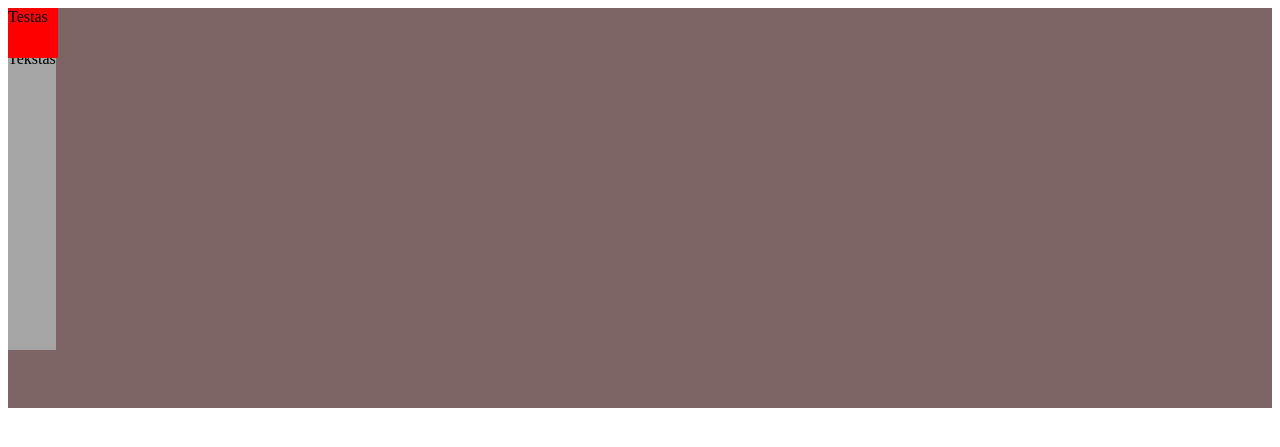
Repository: motiejus1/13-paskaita-05.31
Page: index.html
The author's editor kept a copy of each file at every save. The page is drawn from the files as they stood at one save, then again after the next save.
The browser window is 1280 px wide. The pictures show the whole page.

Above is the page before, as saved 2021-06-21 19:30:21.

After the next save:
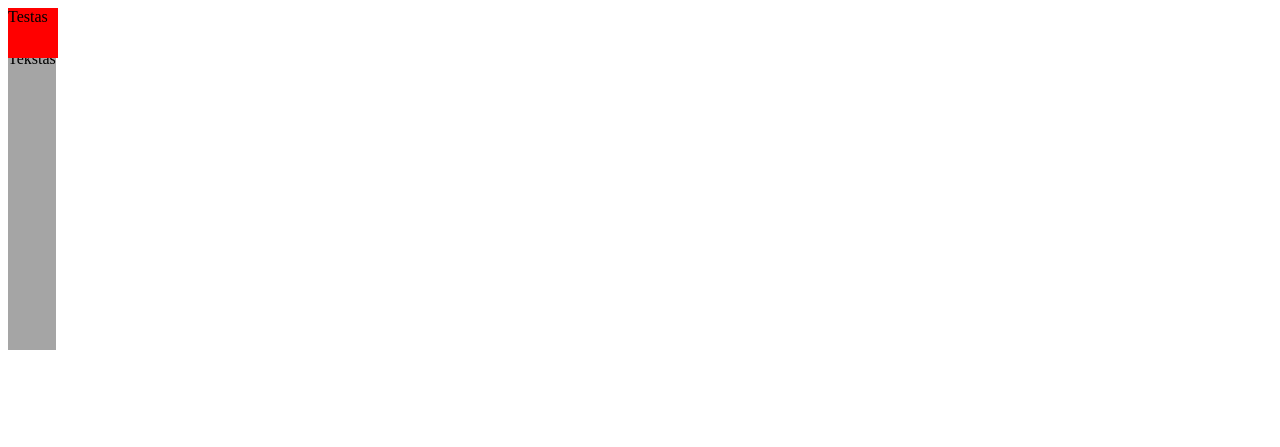
Saved 17 s later.
--- a/index.html
+++ b/index.html
@@ -41,9 +41,5 @@ Tekstas
     Testas
 </div>
 
-<div class="container1">
-    Tekstas
-</div>
-
 </body>
 </html>
